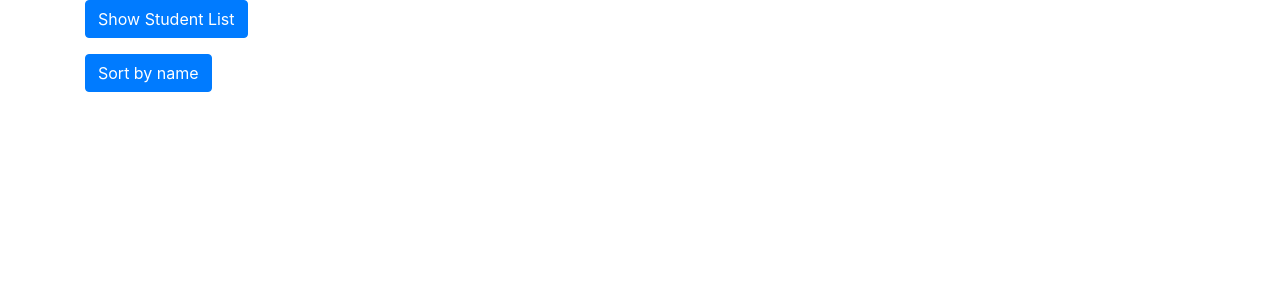
Repository: USTriett/Java-Servlet-JDBC-JSP-
Page: http://localhost/StudentManageServlet/WebContent/StudentInCourse.jsp
The author's editor kept a copy of each file at every save. The page is drawn from the files as they stood at one save, then again after the next save.
The browser window is 1280 px wide. The pictures show the whole page.
After loading, the first visible `#toggleBtn` was clicked once.
The page is served by Tomcat 9. Other server files are loaded and not shown. The template is opened directly, without the code that normally fills it, so the values that code supplies are empty.

Above is the page before, as saved 2023-04-17 16:17:17.

### StudentManageServlet/src/main/webapp/WebContent/StudentInCourse.jsp
<%@ taglib uri="http://java.sun.com/jsp/jstl/core" prefix="c"%>
<%@page contentType="text/html" pageEncoding="UTF-8"%>


<!DOCTYPE html>
<html>
<head>
<title>Student in Course</title>
<!-- Latest compiled and minified CSS -->
<link rel="stylesheet"
	href="https://maxcdn.bootstrapcdn.com/bootstrap/4.4.1/css/bootstrap.min.css" />

<!-- jQuery library -->
<script
	src="https://ajax.googleapis.com/ajax/libs/jquery/3.4.1/jquery.min.js"></script>

<!-- Popper JS -->
<script
	src="https://cdnjs.cloudflare.com/ajax/libs/popper.js/1.16.0/umd/popper.min.js"></script>

<!-- Latest compiled JavaScript -->
<script
	src="https://maxcdn.bootstrapcdn.com/bootstrap/4.4.1/js/bootstrap.min.js"></script>

	<style>
        /* Custom CSS to hide the table initially */
        .table-container {

            overflow-x: auto;
            max-height: 500px; /* Set max height to prevent table from overflowing */
        }
        .table-container table {
            width: 100%;
        }
        #tableHeading{

        }
        #newbtn{

        	position: relative;
        	right:0;
        }


    </style>
</head>
<body>
	<div class="container">
		<div class="panel panel-primary">
			<button type="button" class="btn btn-primary" id="toggleBtn">Hide student list</button>
				<div class="panel-heading" id="tableHeading">
					<h2 class="text-center">Students in course ${cname}</h2>
				</div>
				<div class="panel-body">
					<div class="table-container mt-3" id="myTable">
					<table class="table table-bordered" id="listStudent">
						<thead>
							<tr>
								<th>Student ID</th>
								<th>Student Name</th>
								<th>Class ID</th>
								<th>Class name</th>
								<th>Class year</th>
								<th>Score</th>
								<th></th>

							</tr>
						</thead>
						<tbody>
							<c:if test="${not empty list}">
								<c:forEach var="i" begin="0" end="${list.getSize() - 1}">
									<c:set var="student" value="${list.getStudentJoin(i)}" />
									<tr>
										<td>${student.getStudentId()}</td>
										<td>${student.getStudentName()}</td>
										<td>${student.getClassId()}</td>
										<td>${student.getClassName()}</td>
										<td>${student.getClassYear()}</td>
										<td>${student.getScore()}</td>
										<td>
											<form method="post" action="./removestudentfrom">
												<input type="text" value="${student.getStudentId()}"
													name="sid" style="display: none;" />
												<input type="text" value="${year}"
													name="cyear" style="display: none;" />
												<input type="text" value="${id}"
													name="cid" style="display: none;" />
												<button class="btn btn-success"
													onclick="confirmDelete(${student.getStudentId()})">Delete</button>
											</form>
										</td>

									</tr>
								</c:forEach>
							</c:if>
						</tbody>
					</table>
				</div>
			</div>
			<a href="./addstudentinto" class="btn btn-primary mt-3 mb-3" id="newbtn">+ New Student</a>
			<button class="btn btn-primary mt-3 mb-3" onclick = "sortByName()" id="sortbtn">Sort by name</button>
		</div>
	</div>
</body>
<script>
        // JavaScript to handle toggle functionality
        $(document).ready(function() {
            $('#toggleBtn').click(function() {
                $('#myTable').toggle(); // Toggle the display of the table
                $('#tableHeading').toggle();
                $('#newbtn').toggle();
                if( document.getElementById("toggleBtn").innerText.valueOf() == new String("Show Student List").valueOf())
                {
                	document.getElementById("toggleBtn").innerText = "Hide student list"
                }
                else{
                	document.getElementById("toggleBtn").innerText = "Show Student List"
                }
            });
        });

        function confirmDelete(id) {
        	  // Display a confirmation dialog box
        	  const option = confirm("Are you sure to delete?");

        	  // Check if the user clicked the "OK" button
        	  if (option === true) {
        	    // Submit the form programmatically
        	    document.getElementById("myForm").submit();
        	  } else {
        	    // Stop the form submission
        	    return false;
        	  }
        }

        function sortByName() {
        	  // Get the table element

        	  const table = document.getElementById("listStudent");

        	  // Get the table rows
        	  const rows = table.rows;
        	  console.log(rows);
        	  // Convert the rows to an array for sorting
        	  const rowsArray = Array.from(rows).slice(1);
        	  console.log(1); // Add this line to check the value of rowsArray
        	  // Sort the rows based on the name column
        	  rowsArray.sort((a, b) => {
        	    const nameA = a.cells[1].textContent;
        	    const nameB = b.cells[1].textContent;
        	    return nameA.localeCompare(nameB);
        	  });

        	  // Add the sorted rows back to the table
        	  rowsArray.forEach(row => {
        	    table.appendChild(row);
        	  });
        	}

    </script>
</html>

After the next save:
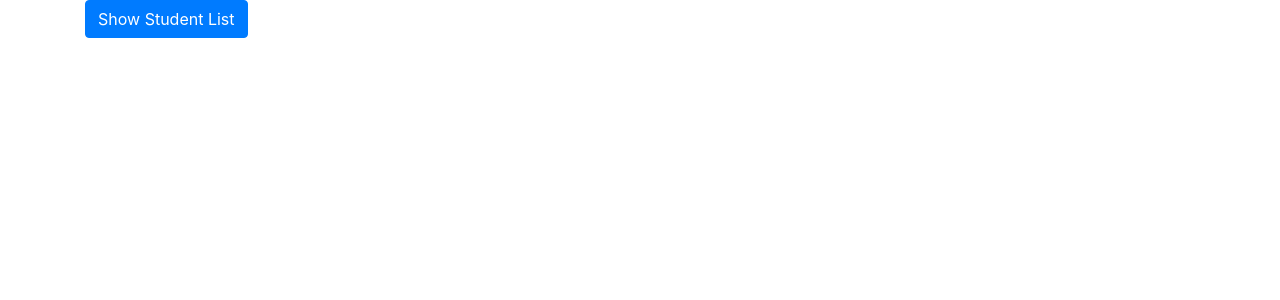
Saved 2 h 3 min later.
--- a/StudentManageServlet/src/main/webapp/WebContent/StudentInCourse.jsp
+++ b/StudentManageServlet/src/main/webapp/WebContent/StudentInCourse.jsp
@@ -109,6 +109,7 @@
                 $('#myTable').toggle(); // Toggle the display of the table
                 $('#tableHeading').toggle();
                 $('#newbtn').toggle();
+                $('#sortbtn').toggle();
                 if( document.getElementById("toggleBtn").innerText.valueOf() == new String("Show Student List").valueOf())
                 {
                 	document.getElementById("toggleBtn").innerText = "Hide student list"
